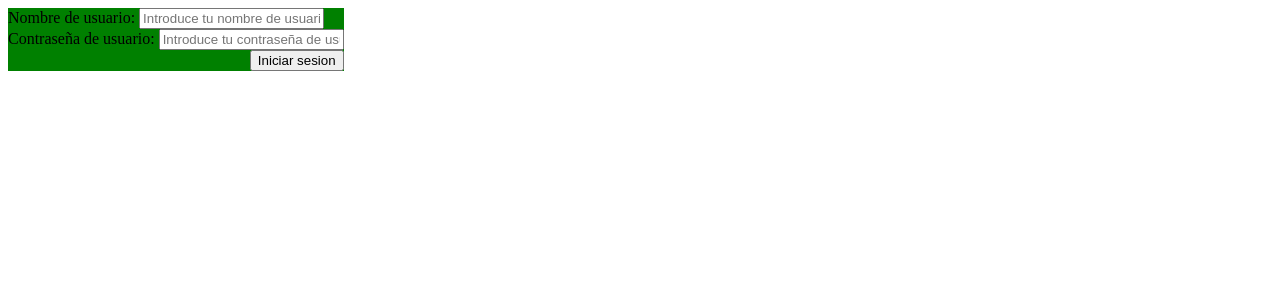
Repository: angegon/Developing-Applications-for-the-Java-EE-Platform
Page: javaee/08_ejemplo_fordward_login/WebContent/login.html
The author's editor kept a copy of each file at every save. The page is drawn from the files as they stood at one save, then again after the next save.
The browser window is 1280 px wide. The pictures show the whole page.

Above is the page before, as saved 2016-12-21 15:55:50.

### javaee/08_ejemplo_fordward_login/WebContent/login.html
<!DOCTYPE html>
<html>
<head>
<meta charset="ISO-8859-1">
<title>Insert title here</title>
</head>
<body>

<form action="comprobarPassword" method="post">
<div style="float:left; background-color: green; padding: 10 10 10 10">
	Nombre de usuario: <input type="text" name="usuario" placeholder="Introduce tu nombre de usuario"/>
	</br>
	Contraseña de usuario: <input type="password" name="password" placeholder="Introduce tu contraseña de usuario"/>
	</br>
	<div style="float:right">
	<input type="submit" value="Iniciar sesion"/>
	</div>
</div>

</form>
</body>
</html>

After the next save:
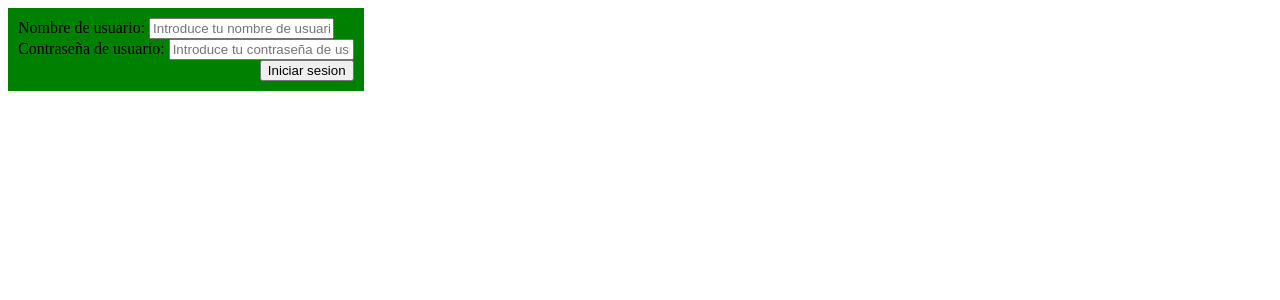
Saved 61 s later.
--- a/javaee/08_ejemplo_fordward_login/WebContent/login.html
+++ b/javaee/08_ejemplo_fordward_login/WebContent/login.html
@@ -7,7 +7,7 @@
 <body>
 
 <form action="comprobarPassword" method="post">
-<div style="float:left; background-color: green; padding: 10 10 10 10">
+<div style="float:left; background-color: green; padding: 10px 10px 10px 10px">
 	Nombre de usuario: <input type="text" name="usuario" placeholder="Introduce tu nombre de usuario"/>
 	</br>
 	Contraseña de usuario: <input type="password" name="password" placeholder="Introduce tu contraseña de usuario"/>
